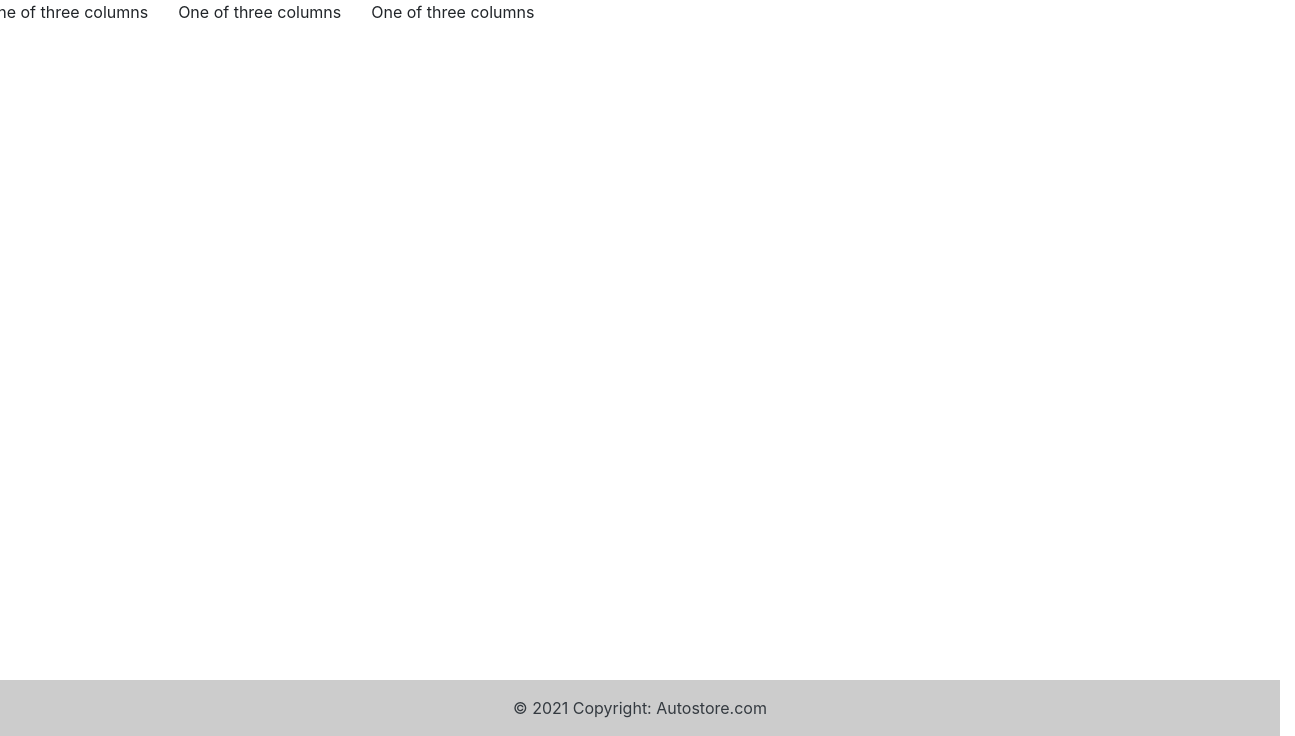
Repository: pravinsakthivel/ecommerce
Page: /checkout
These files come from the project's save history. The page is drawn as it stood at one moment and after the next save; the edit follows.
The browser window is 1280 px wide. The page is 1295 px wide, so the pictures cover 1295 px, including what lies to the right of the window. The pictures show the whole page.
The project was rebuilt for these pictures with package versions that can differ from the ones it lists, and the page was loaded fresh each time. Also part of the build but not shown: src/components/UI/BaseButton.vue, src/components/ProductItem.vue, src/components/UI/ShoppingCartIcon.vue, src/components/UI/NavigationBar.vue, src/components/UI/SearchBar.vue, src/components/ProductDescriptionModal.vue, src/components/ProductList.vue, src/components/CartList.vue and 5 more.

Above is the page before, as saved 2021-04-10 22:26:38.

After the next save:
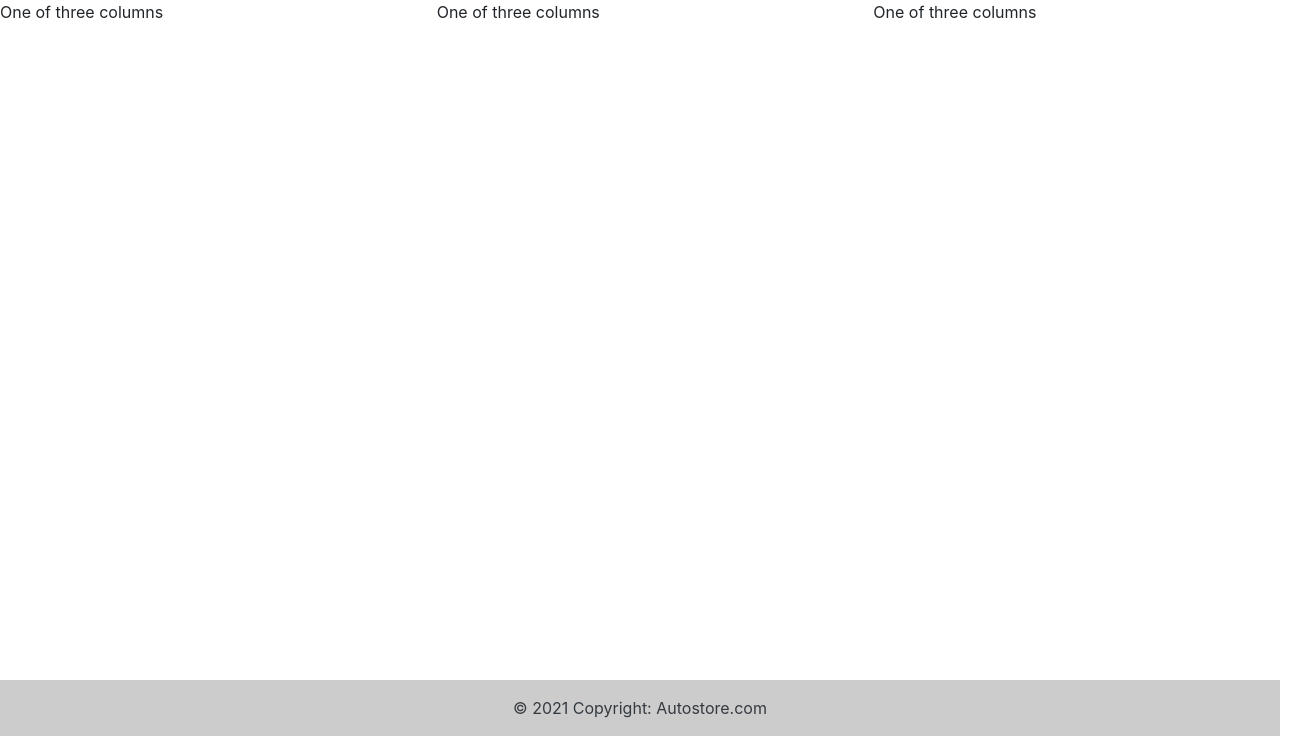
Saved 7 s later.
--- a/src/components/CheckoutPage.vue
+++ b/src/components/CheckoutPage.vue
@@ -1,6 +1,5 @@
 <template>
   <div class="row">
-   <div class="row">
     <div class="col-sm">
       One of three columns
     </div>
@@ -10,7 +9,6 @@
     <div class="col-sm">
       One of three columns
     </div>
-  </div>
   </div>
 </template>
 <script>
